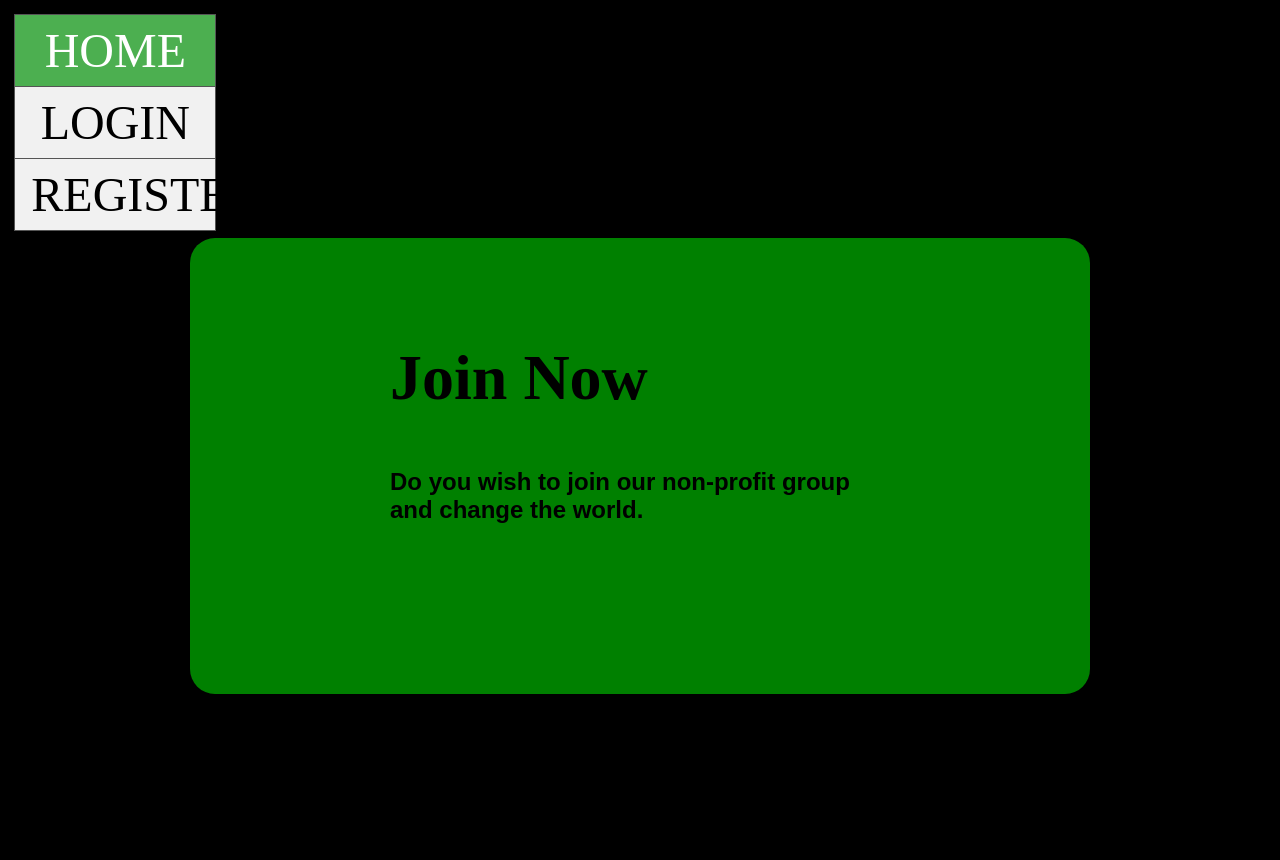
Repository: GaithCattan/COSW30
Page: http://localhost/labwork/homework5/index.php
The author's editor kept a record of every edit. The page is drawn from the files as they stood at one moment, then again after the next edit.
The browser window is 1280 px wide. The pictures show the whole page.
The page is run by PHP 8.4 with error messages shown; the project is at /var/www/html/.

Above is the page before.

### labwork/homework5/index.php
<?php // php -S localhost:8080 ?>

<?php include('includes/header.php'); ?>

    <main>

        <div id="container">
        <div id="texting">

        <h2 style="font-size: 4em;">Join Now</h2>
        <h2 style="font-family: 'Anton', sans-serif;">Do you wish to join our non-profit group and change the world.</h2>

        </div>
        </div>

    </main>

<?php include('includes/footer.php'); ?>

### labwork/homework5/includes/header.php
<!doctype html>
<html>
    <head>
         <meta charset="utf-8">
         <title>Homepage</title>

            <style>

            body {background-color: black;
            background-position: center;
            background-repeat: no-repeat;}
            h1 {text-align: center; font-size: 30px; margin-top: 40px; border-radius: 25px; margin-left: auto; margin-right: auto; background-color: grey;}
          #container {width: 900px;	margin-left: auto;	margin-right: auto;	padding-top: 50px;	padding-bottom: 150px; border-radius: 25px;	background-color: green;}
          #texting {width: 500px; display: block; margin-left: auto; margin-right: auto;}
          input[type=submit] {background-color: blue; border: none; border-radius: 10px;  color: white;  padding: 16px 32px;  text-decoration: none;  margin: 4px 2px;  cursor: pointer;}
          header {margin: 0; color: black; background-color: black; padding: 0.5%; text-align: center; font-size: 3em;}
          footer {font-size: 1.5em; color: white; text-align: center; margin-top: 9%;}

                ul {
                  list-style-type: none;
                  margin: 0;
                  padding: 0;
                  width: 200px;
                  background-color: #f1f1f1;
                  border: 1px solid #555;
                }

                li a {
                  display: block;
                  color: #000;
                  padding: 8px 16px;
                  text-decoration: none;
                }

                li {
                  text-align: center;
                  border-bottom: 1px solid #555;
                }

                li:last-child {
                  border-bottom: none;
                }

                li a.active {
                  background-color: #4CAF50;
                  color: white;
                }

                li a:hover:not(.active) {
                  background-color: #555;
                  color: white;
                }
            </style>

    </head>

    <body>


    <header>
        <div id="header">
            <ul id="nav">
                <li><a class="active" href="index.php">HOME</a></li>
                <li><a href="login.php">LOGIN</a></li>
                <li><a href="register.php">REGISTER</a></li>
            </ul>
        </div><!-- header -->
    </header>

### labwork/homework5/includes/footer.php

<!start of footer



    <footer>

        <p  style="font-size: 1.5em; font-family: 'Ranga', cursive; color: black; text-align: center; margin-top: 9%;">© 09/30/2019 by Dominic Castaneda, Gaith Cattan, Patrick Olesiak, Rene Lopez.</p>

    </footer>



    </body>

</html>

After the next edit:
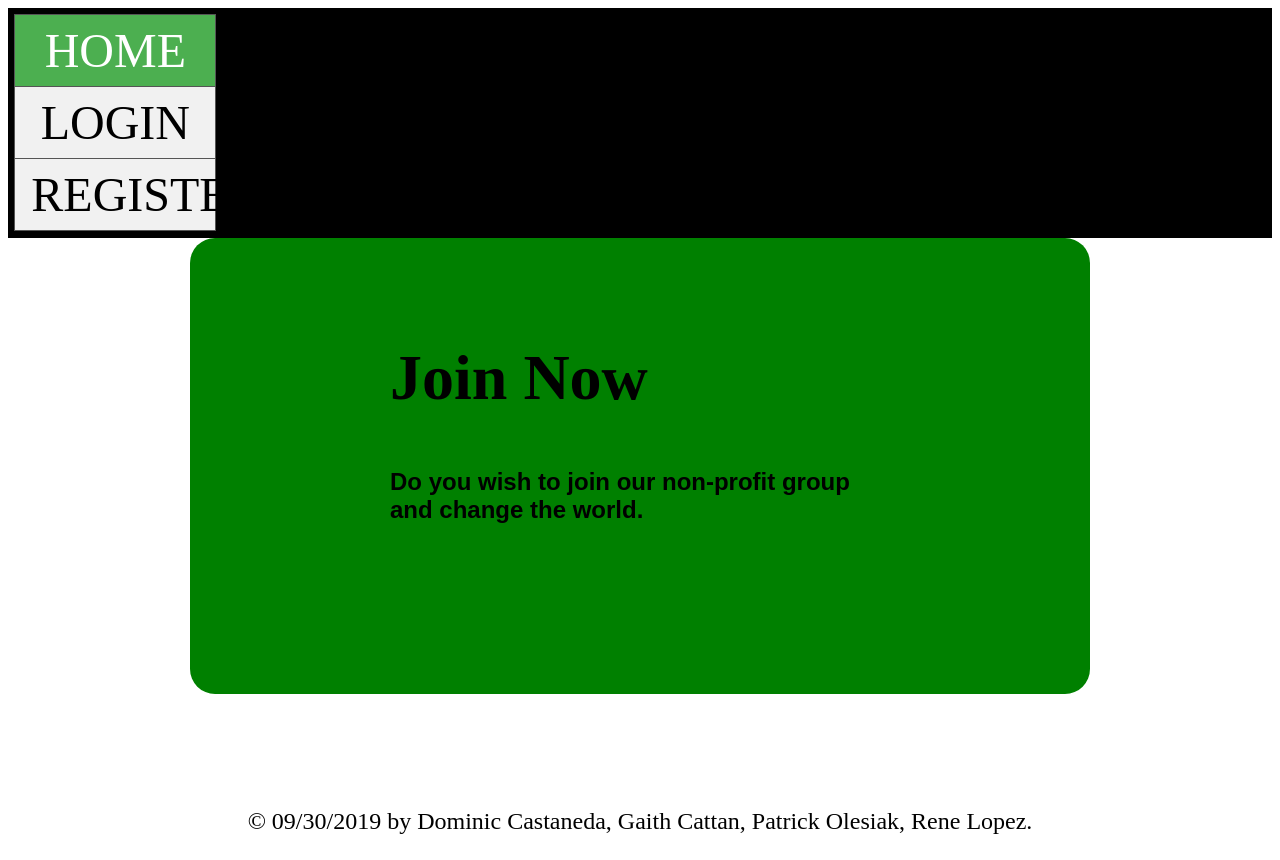
The edit:
--- a/labwork/homework5/includes/header.php
+++ b/labwork/homework5/includes/header.php
@@ -6,7 +6,7 @@
 
             <style>
 
-            body {background-color: black;
+            body {background-color: white;
             background-position: center;
             background-repeat: no-repeat;}
             h1 {text-align: center; font-size: 30px; margin-top: 40px; border-radius: 25px; margin-left: auto; margin-right: auto; background-color: grey;}
